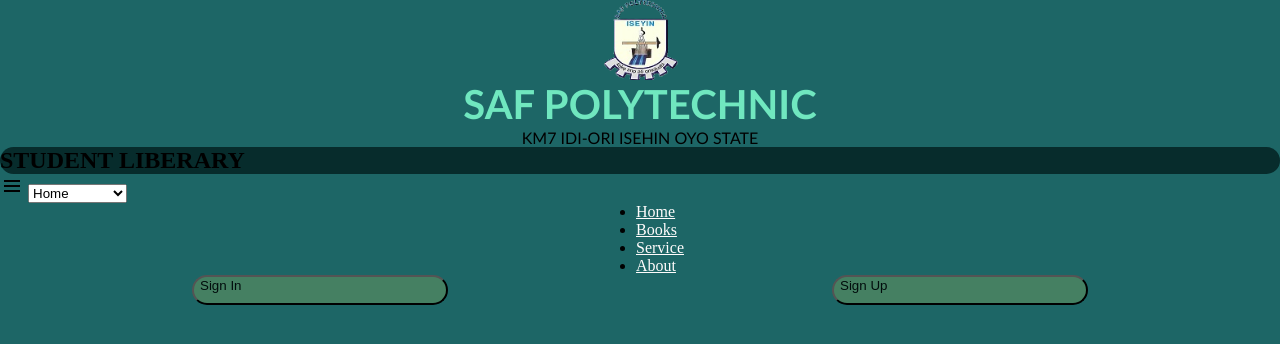
Repository: makinwademila/new-html
Page: index.html
These files come from the project's save history. The page is drawn as it stood at one moment and after the next save; the edit follows.
The browser window is 1280 px wide. The pictures show the whole page.

Above is the page before, as saved 2025-02-10 16:45:14.

### index.html
<!DOCTYPE html>
<html>

<head>

    <title>test web page</title>
    <link href="style.css" rel="stylesheet">
</head>
<title>saf porject</title>

<body>
    <header>
        <div class="names">
            <img src="logo.png">
            <div class="name">
                <h6>
                    SAF POLYTECHNIC
                </h6>
            </div>

            <div class="namer"> KM7 IDI-ORI ISEHIN OYO STATE
            </div>
        </div>
    </header>

    <nav>
        <div class="title">
            <h2>
                STUDENT LIBERARY
            </h2>
        </div>
    </nav>
    <div class="nav-menu-btn">
        <svg xmlns="http://www.w3.org/2000/svg" width="24" height="24" viewBox="0 0 24 24"><path d="M4 6h16v2H4zm0 5h16v2H4zm0 5h16v2H4z"/></svg>
        <select name="menu list" id="menu 2">
                <option>Home</option>
                <option>Books</option>
                <option>Departments</option>
                <option>Reguest</option>
            </select>
    </div>
    <div class="nav-menu">
        <ul>
            <li><a href="#" class="first">Home</a></li>
            <li><a href="#" class="second">Books</a></li>
            <li><a href="#" class="third">Service</a></li>
            <li><a href="#" class="fourth">About</a></li>
        </ul>
    </div>


    <div class="nav-button">
        <button class="btn1" id="loginBtn">Sign In</button>
        <button class="btn" id="RegisterBtn">Sign Up</button>
    </div>

    <script src="script.js"></script>
</body>


</html>

### style.css
* {
    margin: auto;
    padding: auto;
}

body {
    margin: 0;
    padding: 0;
    background-color: rgb(29, 102, 102);
    height: auto;
    width: auto;
}

header {
    font-family: 'Gill Sans', 'Gill Sans MT', Calibri, 'Trebuchet MS', sans-serif;
    justify-content: center;
    align-content: center;
}

img {
    height: 80px;
    width: 80px;
    display: block;
    margin: auto;
}

.name h6 {
    font-size: 40px;
    font-weight: bolder;
    color: rgb(112, 231, 191);
    display: flex;
    justify-content: center;
    align-content: center;
}

.title h2 {
    display: flex;
    flex-direction: row;
    justify-content: space-between;
    color: black;
    background-color: rgb(7, 44, 44);
    border-radius: 60px;
    width: 100%;
    list-style: none;
}

.namer {
    display: flex;
    justify-content: center;
}

.nav-button button {
    display: flex;
    background-color: rgb(69, 128, 98);
    color: rgb(1, 12, 12);
    height: 30px;
    width: 20%;
    border-radius: 20px;
}

.nav-menu {
    display: flex;
    justify-content: center;
    align-items: center;
    justify-content: space-between;
}

a {
    display: flex;
    background-color: transparent;
    color: rgb(255, 252, 252);
    transition: 1s;
    opacity: 5px;
    animation: forwards;
    border-radius: 100px;
}

a:hover {
    color: rgba(255, 219, 14, 0.801);
}

a:active {
    background-color: rgb(30, 48, 30);
    transition: 1s ease-in-out;
}

.nav-button {
    justify-content: center;
    display: flex;
    justify-content: space-around;
}

Loaded but not shown: script.js (no copy from this time; the picture is the same without it)

After the next save:
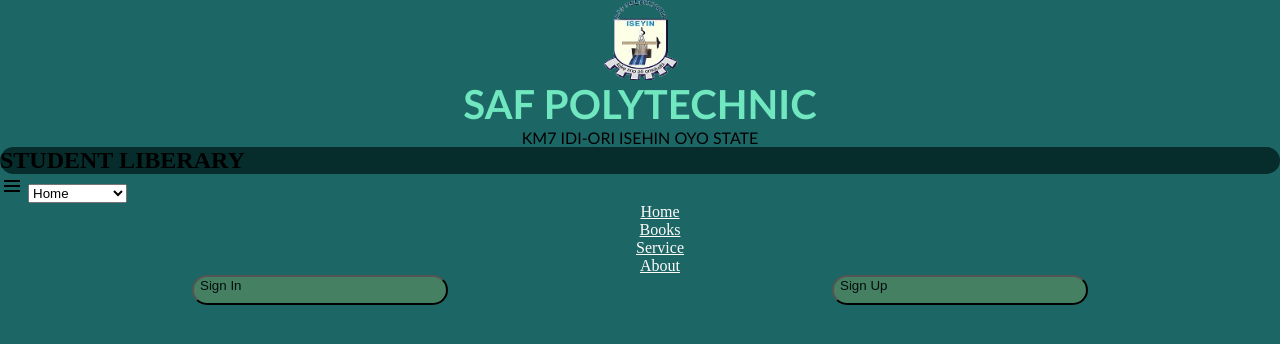
Saved 71 s later.
--- a/style.css
+++ b/style.css
@@ -65,8 +65,12 @@
     justify-content: space-between;
 }
 
+.nav-menu ul li {
+    display: flex;
+    justify-content: space-between;
+}
+
 a {
-    display: flex;
     background-color: transparent;
     color: rgb(255, 252, 252);
     transition: 1s;

After the 2 saves that followed:
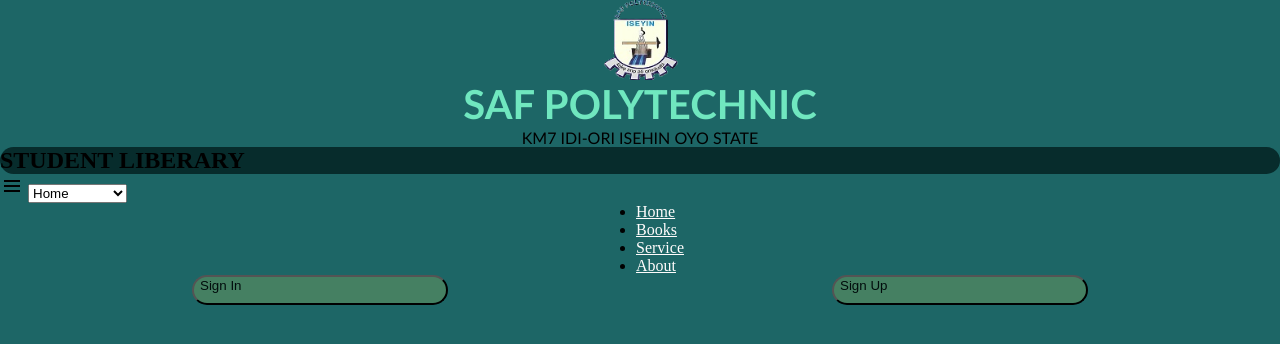
The 2 saves are shown as one change because 1 left the picture as it was.
The last was saved 2 min 36 s later.
--- a/style.css
+++ b/style.css
@@ -60,13 +60,6 @@
 
 .nav-menu {
     display: flex;
-    justify-content: center;
-    align-items: center;
-    justify-content: space-between;
-}
-
-.nav-menu ul li {
-    display: flex;
     justify-content: space-between;
 }
 
